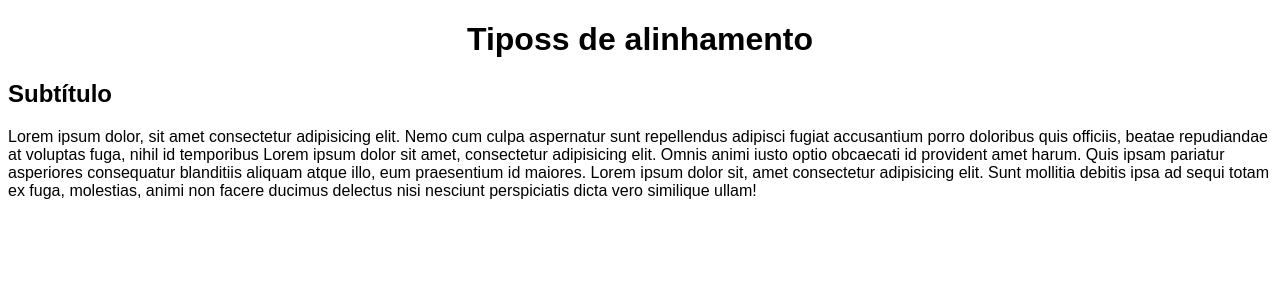
Repository: Codigo404q/html-css
Page: exercicios/ex017/fonte02.html
These files come from the project's save history. The page is drawn as it stood at one moment and after a run of saves; the edit follows.
The browser window is 1280 px wide. The pictures show the whole page.

Above is the page before, as saved 2023-11-04 21:20:04.

### exercicios/ex017/fonte02.html
<!DOCTYPE html>
<html lang="pt-br">
<head>
    <meta charset="UTF-8">
    <meta name="viewport" content="width=device-width, initial-scale=1.0">
    <title>Alinhamentos</title>
    <style>
        body {
            font: normal 16px Arial, Verdana, serif;
            text-align: left;
        }
        h1{
            text-align: center;
        }
    </style>
</head>
<body>
    <h1>Tiposs de alinhamento</h1>
    <h2>Subtítulo</h2>
    <p>Lorem ipsum dolor, sit amet consectetur adipisicing elit. Nemo cum culpa aspernatur sunt repellendus adipisci fugiat accusantium porro doloribus quis officiis, beatae repudiandae at voluptas fuga, nihil id temporibus Lorem ipsum dolor sit amet, consectetur adipisicing elit. Omnis animi iusto optio obcaecati id provident amet harum. Quis ipsam pariatur asperiores consequatur blanditiis aliquam atque illo, eum praesentium id maiores. Lorem ipsum dolor sit, amet consectetur adipisicing elit. Sunt mollitia debitis ipsa ad sequi totam ex fuga, molestias, animi non facere ducimus delectus nisi nesciunt perspiciatis dicta vero similique ullam!</p>
</body>
</html>

After the next 10 saves:
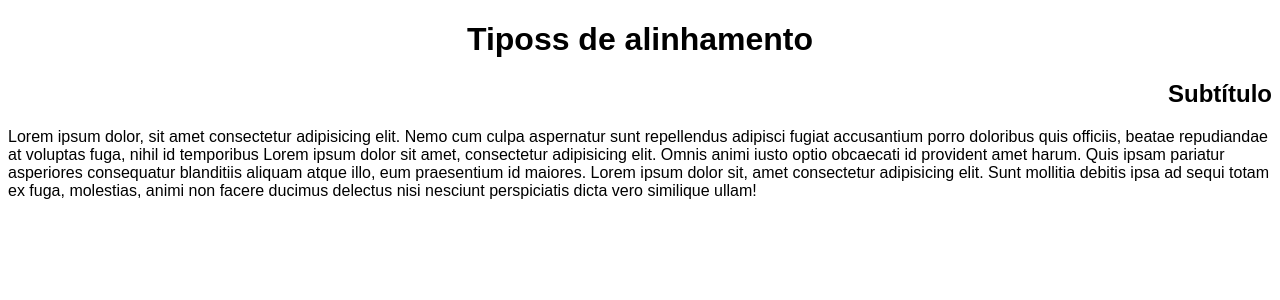
The 10 saves are shown as one change because they came seconds apart.
The last was saved 30 s later.
--- a/exercicios/ex017/fonte02.html
+++ b/exercicios/ex017/fonte02.html
@@ -9,9 +9,19 @@
             font: normal 16px Arial, Verdana, serif;
             text-align: left;
         }
+
         h1{
             text-align: center;
         }
+
+        h2 {
+            text-align: right;
+        }
+
+        p[
+
+
+        ]
     </style>
 </head>
 <body>
